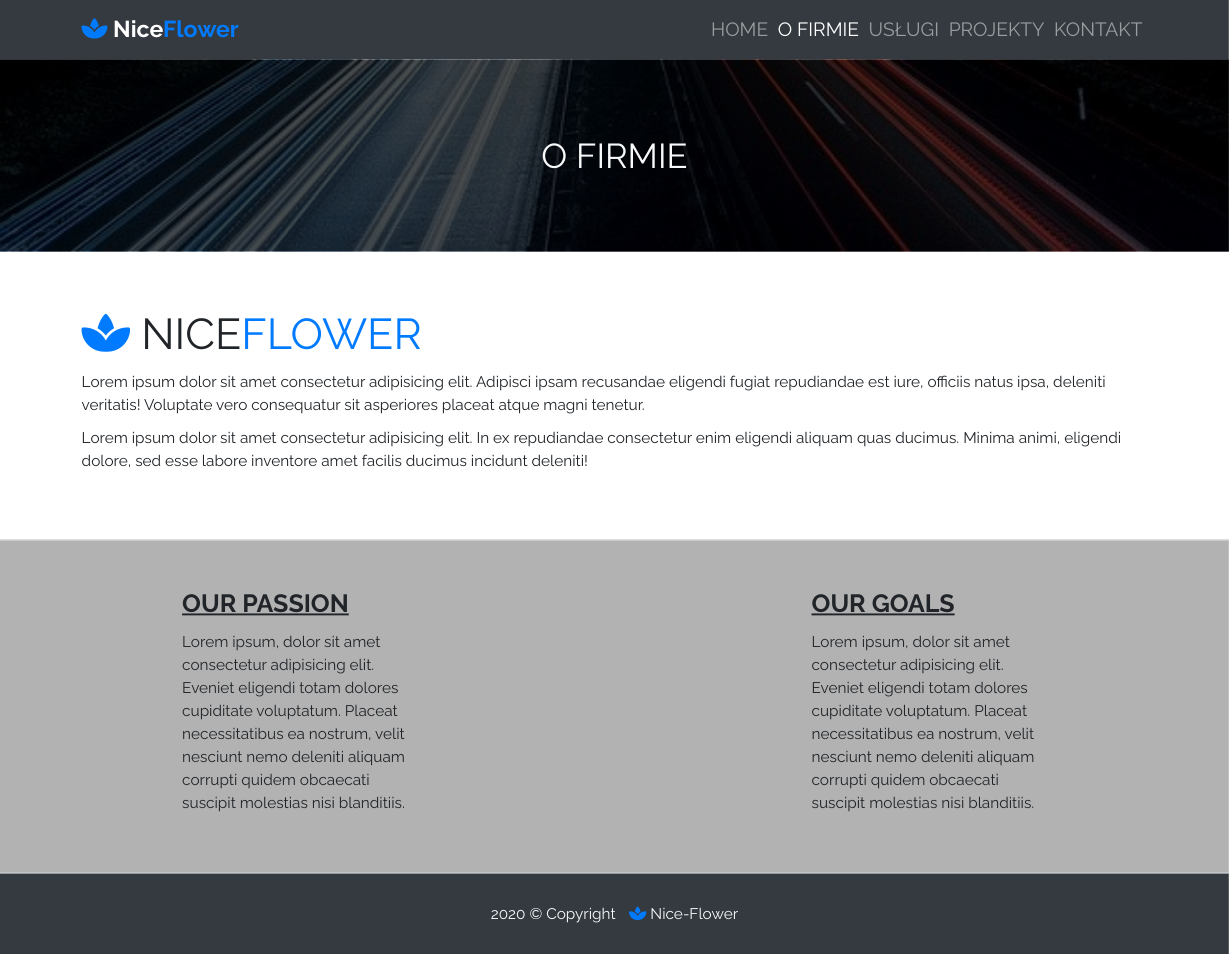
Repository: KrzysKolo/Projekt-13_Kwiaciarnia
Page: abouteus.html
The author's editor kept a copy of each file at every save. The page is drawn from the files as they stood at one save, then again after the next save.
The browser window is 1280 px wide. The pictures show the whole page, at 96% of full size.
Some web libraries are served in a nearby version.

Above is the page before, as saved 2020-08-10 09:35:46.

### abouteus.html
<!DOCTYPE html>
<html lang="pl">
  <head>
    <meta charset="UTF-8" />
    <meta name="viewport" content="width=device-width, initial-scale=1.0" />
    <title>Nice-Flower</title>
    <script
      src="https://kit.fontawesome.com/21efeaf281.js"
      crossorigin="anonymous"
    ></script>

    <link
      rel="stylesheet"
      href="https://stackpath.bootstrapcdn.com/bootstrap/4.5.0/css/bootstrap.min.css"
      integrity="sha384-9aIt2nRpC12Uk9gS9baDl411NQApFmC26EwAOH8WgZl5MYYxFfc+NcPb1dKGj7Sk"
      crossorigin="anonymous"
    />
    <link
      href="https://fonts.googleapis.com/css2?family=Raleway:wght@400;700&display=swap"
      rel="stylesheet"
    />
    <link rel="stylesheet" href="style.css" />
  </head>
  <body>
    <nav class="navbar navbar-expand-lg navbar-dark bg-dark py-3">
      <div class="container">
        <a class="navbar-brand" href="#"
          ><i class="fas fa-spa text-primary"></i> Nice<span
            class="text-primary"
            >Flower</span
          ></a
        >
        <button
          class="navbar-toggler border-0"
          type="button"
          data-toggle="collapse"
          data-target="#navbarNavAltMarkup"
          aria-controls="navbarNavAltMarkup"
          aria-expanded="false"
          aria-label="Toggle navigation"
        >
          <i class="fas fa-bars px-4"></i>
        </button>
        <div class="collapse navbar-collapse" id="navbarNavAltMarkup">
          <div class="navbar-nav ml-auto">
            <a class="nav-link" href="index.html">Home </a>
            <a class="nav-link active" href="#"
              >O firmie<span class="sr-only">(current)</span></a
            >
            <a class="nav-link" href="services.html">Usługi</a>
            <a class="nav-link" href="projects.html">Projekty</a>
            <a class="nav-link" href="contact.html">Kontakt</a>
          </div>
        </div>
      </div>
    </nav>

    <!-- MAIN -->
    <main>
      <section class="top-hero aboutus-hero">
        <div class="hero-shadow"></div>
        <p class="top-hero-text text-light">O firmie</p>
      </section>
      <section class="aboutus-top p-5">
        <div class="row">
          <div class="container py-5">
            <p class="display-3">
              <i class="fas fa-spa text-primary"></i> Nice<span
                class="text-primary"
                >Flower</span
              >
            </p>
            <p>
              Lorem ipsum dolor sit amet consectetur adipisicing elit. Adipisci
              ipsam recusandae eligendi fugiat repudiandae est iure, officiis
              natus ipsa, deleniti veritatis! Voluptate vero consequatur sit
              asperiores placeat atque magni tenetur.
            </p>
            <p>
              Lorem ipsum dolor sit amet consectetur adipisicing elit. In ex
              repudiandae consectetur enim eligendi aliquam quas ducimus. Minima
              animi, eligendi dolore, sed esse labore inventore amet facilis
              ducimus incidunt deleniti!
            </p>
          </div>
        </div>
      </section>
      <section class="border-top border-bottom aboutus-info aboutus-shadow">
        <div class="container">
          <div class="row m-0 justify-content-center">
            <div class="col-lg-3 aboutus-text abouts-text-left">
              <h3>our passion</h3>
              <p>
                Lorem ipsum, dolor sit amet consectetur adipisicing elit.
                Eveniet eligendi totam dolores cupiditate voluptatum. Placeat
                necessitatibus ea nostrum, velit nesciunt nemo deleniti aliquam
                corrupti quidem obcaecati suscipit molestias nisi blanditiis.
              </p>
            </div>
            <div class="d-lg-none col aboutus-img"></div>
            <div class="d-none d-lg-block col-lg-4 aboutus-img"></div>
            <div class="col-lg-3 aboutus-text abouts-text-right">
              <h3>our goals</h3>
              <p>
                Lorem ipsum, dolor sit amet consectetur adipisicing elit.
                Eveniet eligendi totam dolores cupiditate voluptatum. Placeat
                necessitatibus ea nostrum, velit nesciunt nemo deleniti aliquam
                corrupti quidem obcaecati suscipit molestias nisi blanditiis.
              </p>
            </div>
          </div>
        </div>
      </section>
    </main>
    <footer class="bg-dark text-light">
      <p class="py-5 px-3 mb-0 text-center">
        2020 &copy; Copyright
        <i class="ml-3 fas fa-spa text-primary"></i> Nice-Flower
      </p>
    </footer>
    <script
      src="https://code.jquery.com/jquery-3.5.1.slim.min.js"
      integrity="sha384-DfXdz2htPH0lsSSs5nCTpuj/zy4C+OGpamoFVy38MVBnE+IbbVYUew+OrCXaRkfj"
      crossorigin="anonymous"
    ></script>
    <script
      src="https://cdn.jsdelivr.net/npm/popper.js@1.16.0/dist/umd/popper.min.js"
      integrity="sha384-Q6E9RHvbIyZFJoft+2mJbHaEWldlvI9IOYy5n3zV9zzTtmI3UksdQRVvoxMfooAo"
      crossorigin="anonymous"
    ></script>
    <script
      src="https://stackpath.bootstrapcdn.com/bootstrap/4.5.0/js/bootstrap.min.js"
      integrity="sha384-OgVRvuATP1z7JjHLkuOU7Xw704+h835Lr+6QL9UvYjZE3Ipu6Tp75j7Bh/kR0JKI"
      crossorigin="anonymous"
    ></script>
  </body>
</html>

### style.css
* {
  box-sizing: border-box;
  margin: 0;
  padding: 0;
}
html {
  font-size: 62.5%;
}
body {
  font-family: "Raleway", sans-serif;
  font-size: 1.6rem;
}
.hero-shadow {
  position: absolute;
  top: 0;
  width: 100%;
  height: 100%;
  background-color: rgba(0, 0, 0, 0.7);
  z-index: -1;
}
.additional-text {
  font-size: 1.8rem;
}
.top-hero {
  position: relative;
  height: 20rem;
  background-size: cover;
  z-index: 0;
}
.top-hero-text {
  display: flex;
  justify-content: center;
  align-items: center;
  height: 100%;
  font-size: 3.6rem;
  text-transform: uppercase;
}
/* ----------- */
/*  nawigacja  */
/* ----------- */
nav {
  font-size: 2rem;
  text-transform: uppercase;
}
.navbar-toggler {
  font-size: 3rem;
}
.navbar-brand {
  font-size: 2.4rem;
  font-weight: bold;
  text-transform: none;
}
/* ----------- */
/*    header   */
/* ----------- */
header {
  font-size: 2rem;
}
.carousel-item {
  position: relative;
  height: 400px;
  background-position: center;
  background-size: cover;
  z-index: 0;
}
.carousel-img-one {
  background-image: url("./img/b1m.jpg");
}
.carousel-img-two {
  background-image: url("./img/b2m.jpg");
}
.carousel-img-three {
  background-image: url("./img/b4m.jpg");
}
/* ----------- */
/*     main    */
/* ----------- */
.home-boxes {
  padding: 5rem 0;
}
.home-box i {
  font-size: 4rem;
}
.home-box h3 {
  font-size: 2.6rem;
}
/* ----------- */
.home-passion {
  position: relative;
  height: 350px;
  background-image: url("./img/b8m.jpg");
  background-position: center;
  background-size: cover;
  z-index: 0;
}
/* ----------- */
.home-brand h3 {
  font-size: 3rem;
  font-weight: bold;
}
/* ----------- */
/*   aboutus   */
/* ----------- */
.aboutus-hero {
  background-image: url("./img/obrazek1.jpg");
  background-position: bottom;
}
/* ----------- */
.aboutus-top .display-3 {
  text-transform: uppercase;
}
/* ----------- */
.aboutus-info {
  background-color: rgba(0, 0, 0, 0.3);
}
.aboutus-info .container {
  padding: 2em 0.5em;
}
.aboutus-text {
  padding: 1.8rem;
}
.aboutus-text h3 {
  margin-bottom: 0.5em;
  font-size: 2.6rem;
  text-transform: uppercase;
  font-weight: bold;
  text-decoration: underline;
}
/* ----------- */
/*    footer   */
/* ----------- */
footer {
  font-size: 1.6rem;
}
@media (min-width: 1400px) {
  .carousel-item {
    height: 600px;
  }
  .carousel-img-one {
    background-image: url("./img/b1.jpg");
  }
  .carousel-img-two {
    background-image: url("./img/b2.jpg");
  }
  .carousel-img-three {
    background-image: url("./img/b4.jpg");
  }
}

After the next save:
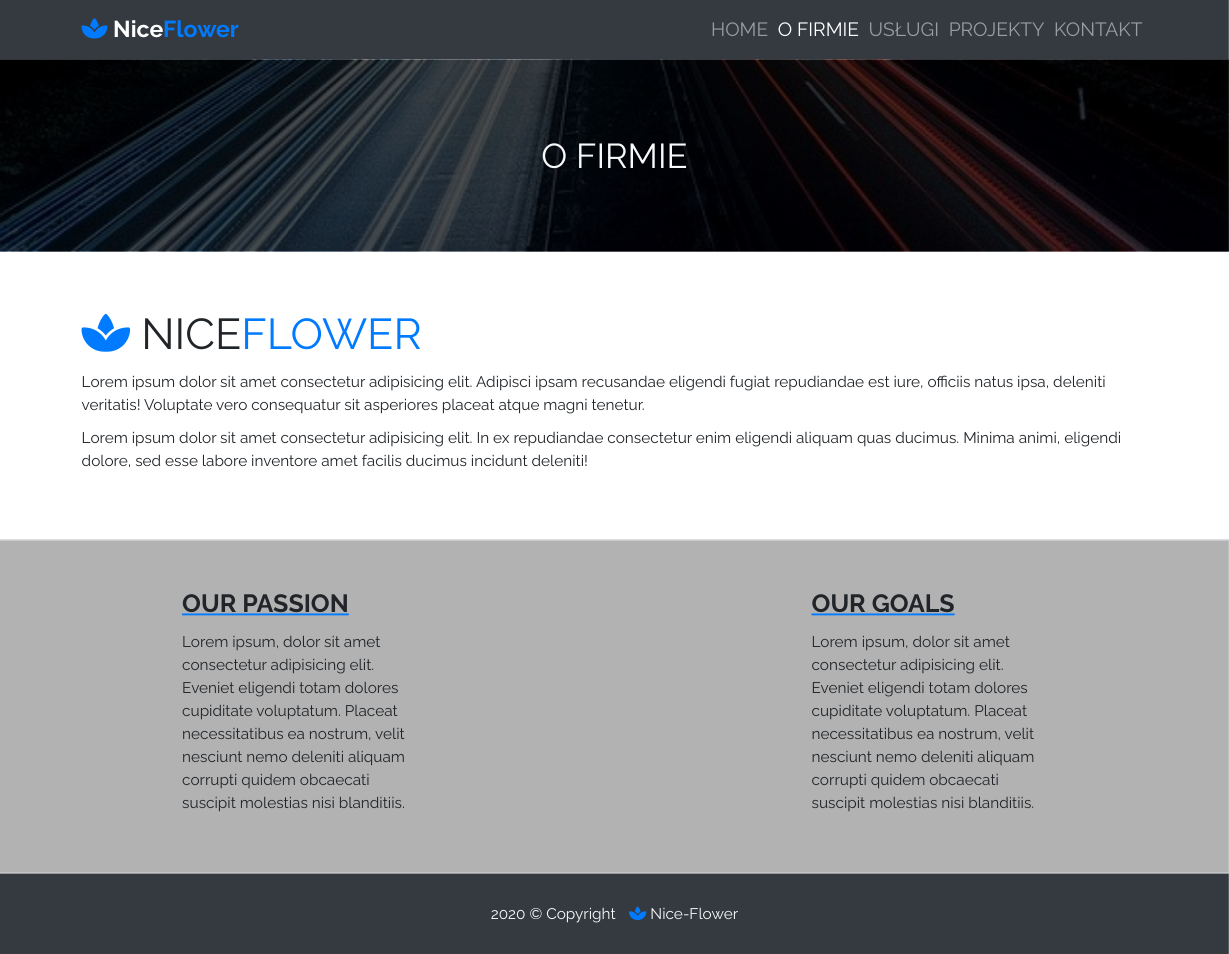
Saved 62 s later.
--- a/style.css
+++ b/style.css
@@ -124,7 +124,7 @@ header {
   font-size: 2.6rem;
   text-transform: uppercase;
   font-weight: bold;
-  text-decoration: underline;
+  text-decoration: underline #007bff;
 }
 /* ----------- */
 /*    footer   */
